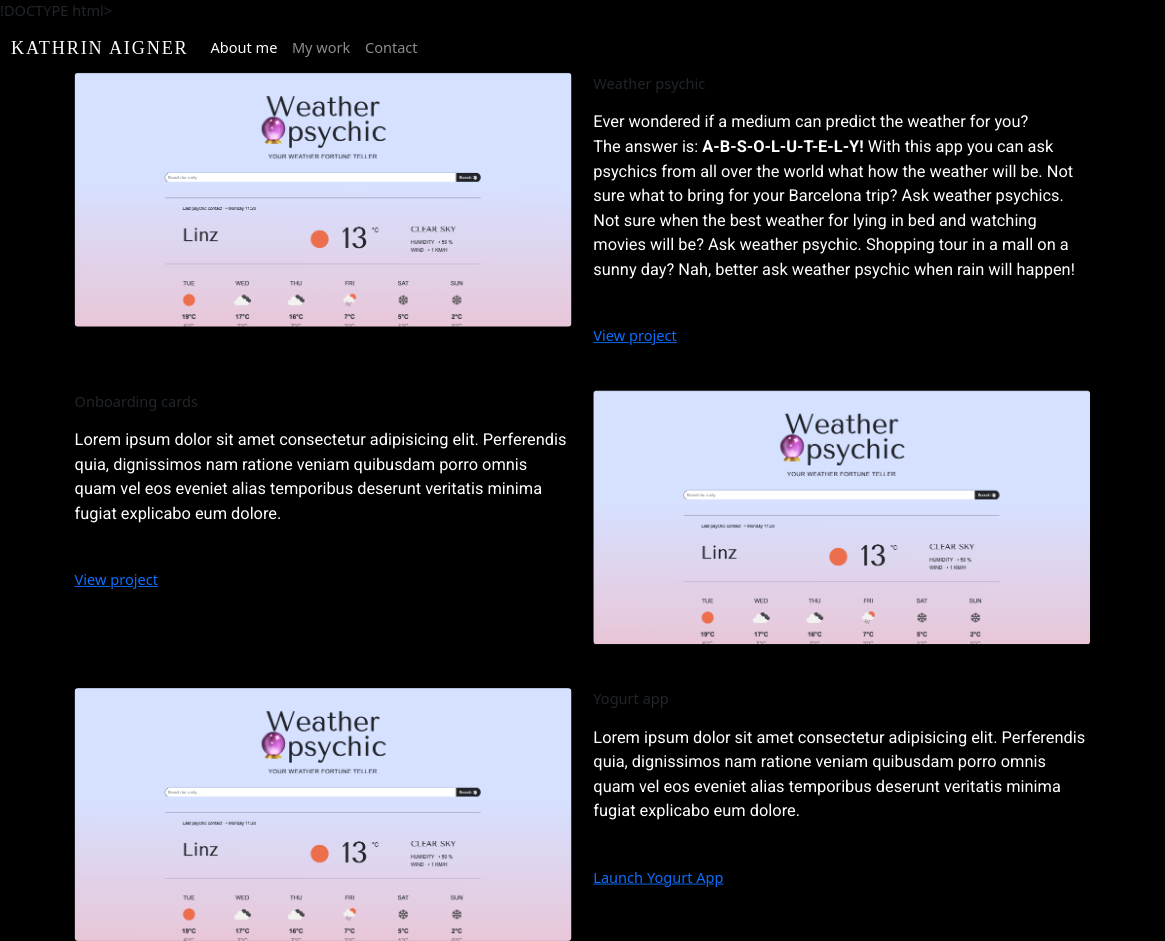
Repository: kathrin-aigner/Portfolio-2022
Page: work.html
These files come from the project's save history. The page is drawn as it stood at one moment and after the next save; the edit follows.
The browser window is 1280 px wide. The pictures show the whole page, at 91% of full size.
Some web fonts or font styles are not loaded; a fallback is used. Some web libraries are served in a nearby version.

Above is the page before, as saved 2022-03-28 12:47:56.

### work.html
!DOCTYPE html>
<html lang="en">
  <head>
    <meta charset="UTF-8" />
    <meta http-equiv="X-UA-Compatible" content="IE=edge" />
    <meta name="viewport" content="width=device-width, initial-scale=1.0" />
    <link
      href="https://cdn.jsdelivr.net/npm/bootstrap@5.1.3/dist/css/bootstrap.min.css"
      rel="stylesheet"
      integrity="sha384-1BmE4kWBq78iYhFldvKuhfTAU6auU8tT94WrHftjDbrCEXSU1oBoqyl2QvZ6jIW3"
      crossorigin="anonymous"
    />
    <script
      src="https://cdn.jsdelivr.net/npm/bootstrap@5.1.3/dist/js/bootstrap.bundle.min.js"
      integrity="sha384-ka7Sk0Gln4gmtz2MlQnikT1wXgYsOg+OMhuP+IlRH9sENBO0LRn5q+8nbTov4+1p"
      crossorigin="anonymous"
    ></script>
    <link rel="preconnect" href="https://fonts.googleapis.com" />
    <link rel="preconnect" href="https://fonts.gstatic.com" crossorigin />
    <link
      href="https://fonts.googleapis.com/css2?family=Dela+Gothic+One&family=Roboto:wght@400;500;700&display=swap"
      rel="stylesheet"
    />
    <script
      src="https://kit.fontawesome.com/9a62a34935.js"
      crossorigin="anonymous"
    ></script>

    <link rel="stylesheet" href="/css/styles.css" />
    <title>Welcome to my portfolio – Kathrin Aigner</title>
  </head>
  <body>
    <nav class="navbar navbar-expand-lg navbar-dark text-end">
      <div class="container-fluid">
        <a class="navbar-brand text-uppercase" href="#">Kathrin Aigner</a>
        <button
          class="navbar-toggler"
          type="button"
          data-bs-toggle="collapse"
          data-bs-target="#navbarSupportedContent"
          aria-controls="navbarSupportedContent"
          aria-expanded="false"
          aria-label="Toggle navigation"
        >
          <span class="navbar-toggler-icon"></span>
        </button>
        <div class="collapse navbar-collapse" id="navbarSupportedContent">
          <ul class="navbar-nav me-auto mb-2 mb-lg-0">
            <li class="nav-item">
              <a
                class="nav-link active"
                aria-current="page"
                href="/about.html"
                title="more information about me"
                >About me</a
              >
            </li>
            <li class="nav-item">
              <a class="nav-link" href="/work.html" title="View my work here"
                >My work</a
              >
            </li>
            <li class="nav-item">
              <a class="nav-link" href="/contact.html" title="how to contact me"
                >Contact</a
              >
            </li>
          </ul>
        </div>
      </div>
    </nav>
    <div class="container">
      <div class="row">
        <div class="col-md-6">
          <img
            src="/images/wheater psychic.png"
            class="img-fluid rounded"
            alt="picture showing a preview of the weather homepage"
          />
        </div>
        <div class="col-sm-6">
          <div class="project-header mb-3">Weather psychic</div>
          <p class="page-section">
            Ever wondered if a medium can predict the weather for you? </br>The
            answer is: <strong>A-B-S-O-L-U-T-E-L-Y!</strong> With this app you
            can ask psychics from all over the world what how the weather will be.
            Not sure what to bring for your Barcelona trip? Ask weather psychics.
            Not sure when the best weather for lying in bed and watching movies
            will be? Ask weather psychic. Shopping tour in a mall on a sunny
            day? Nah, better ask weather psychic when rain will happen!
          </p>
          <div class="mt-5">
            <a href="#" class="primary-link" title="click to launch weather psychic"
              >View project</a
            >
          </div>
        </div>
      </div>
      <div class="row mt-5">
        <div class="col-sm-6">
          <div class="project-header mb-3">Onboarding cards</div>
          <p class="page-section">
            Lorem ipsum dolor sit amet consectetur adipisicing elit. Perferendis
            quia, dignissimos nam ratione veniam quibusdam porro omnis quam vel
            eos eveniet alias temporibus deserunt veritatis minima fugiat
            explicabo eum dolore.
          </p>
          <div class="mb-5 mt-5">
            <a href="#" class="primary-link" title="Click to view the project"
              >View project</a
            >
          </div>
        </div>
        <div class="col-sm-6">
          <img
            src="/images/wheater psychic.png"
            class="img-fluid rounded"
            alt="picture showing card game"
          />
        </div>
      </div>
      <div class="row mt-5">
        <div class="col-sm-6">
          <img
            src="/images/wheater psychic.png"
            class="img-fluid rounded"
            alt="picture showing a preview of the website about yoghurt"
          />
        </div>
        <div class="col-sm-6">
          <div class="project-header mb-3">Yogurt app</div>
          <p class="page-section">
            Lorem ipsum dolor sit amet consectetur adipisicing elit. Perferendis
            quia, dignissimos nam ratione veniam quibusdam porro omnis quam vel
            eos eveniet alias temporibus deserunt veritatis minima fugiat
            explicabo eum dolore.
          </p>
          <div class="mt-5">
            <a href="#" class="primary-link" title="click to launch yogurt app"
              >Launch Yogurt App</a
            >
          </div>
        </div>
      </div>
    </div>
  </body>
</html>

### css/styles.css
:root {
  --primary-color: white;
  --secondary-color: black;
  --heading-font-family: "Dela Gothic One", cursive;
  --default-font-family: "Roboto", sans-serif;
}

body {
  background-color: var(--secondary-color);
}

.herosection {
  text-align: center;
  padding: 160px 0;
}
.header {
  line-height: 1em;
  font-family: var(--heading-font-family);
  font-size: 200px;
  color: var(--primary-color);
}
.subheader {
  font-size: 32px;
  color: var(--primary-color);
  font-family: var(--default-font-family);
}
.header-page {
  line-height: 1em;
  font-size: 90px;
  color: var(--primary-color);
  font-family: var(--heading-font-family);
}

.page-section {
  font-size: 18px;
  color: var(--primary-color);
  font-family: var(--default-font-family);
}

.introduction {
  font-size: 16px;
  color: var(--primary-color);
  font-family: var(--default-font-family);
}
.navbar-brand {
  font-family: var(--heading-font-family);

  letter-spacing: 0.1em;
}

.btn-primary {
  font-family: var(--default-font-family);
  border: 2px solid var(--primary-color);
  background: var(--secondary-color);
  padding: 12px 48px;
}

.project-preview {
  max-width: 500px;
}

After the next save:
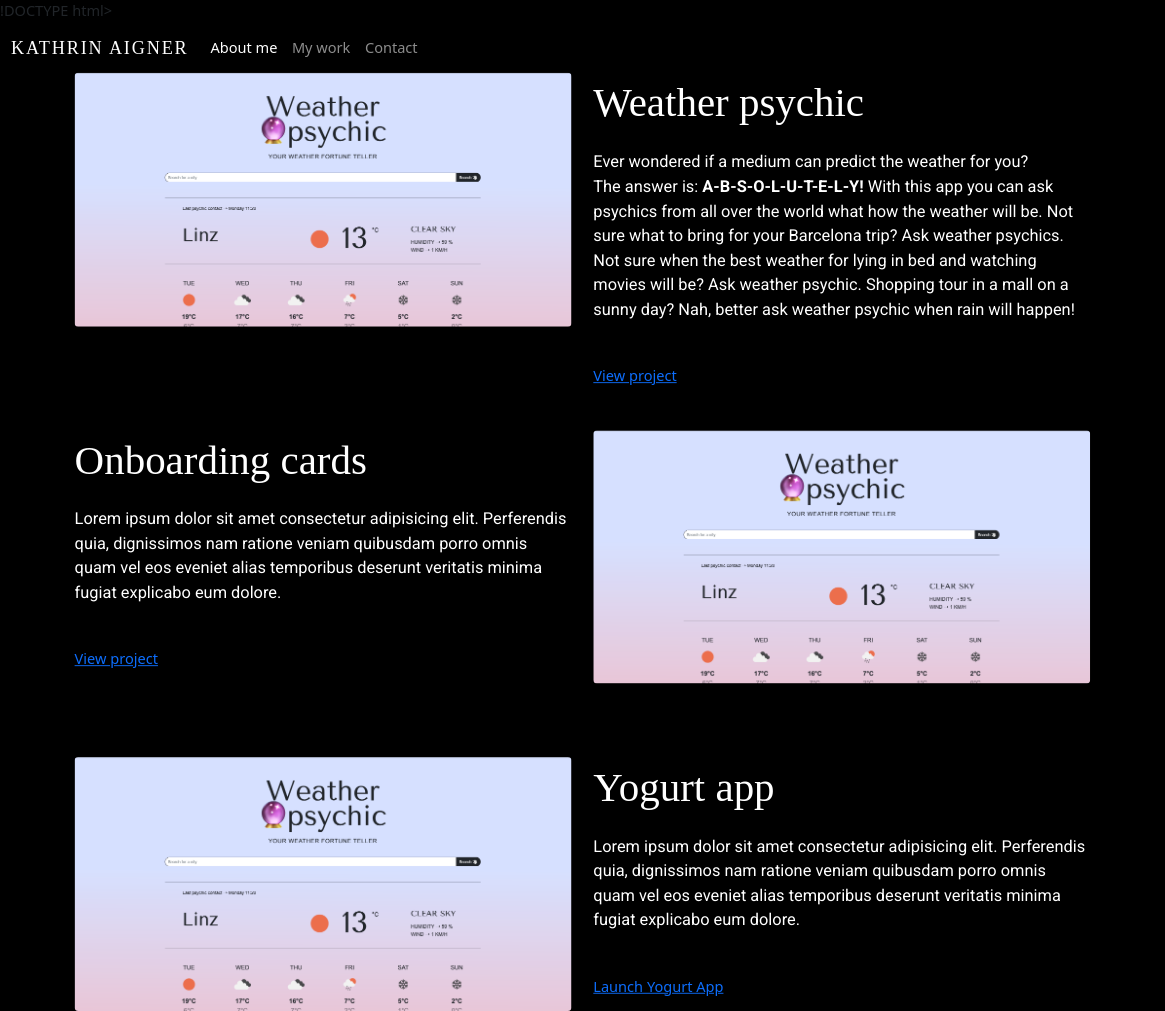
Saved 53 s later.
--- a/css/styles.css
+++ b/css/styles.css
@@ -30,7 +30,11 @@ body {
   color: var(--primary-color);
   font-family: var(--heading-font-family);
 }
-
+.project-header {
+  font-size: 45px;
+  color: var(--primary-color);
+  font-family: var(--heading-font-family);
+}
 .page-section {
   font-size: 18px;
   color: var(--primary-color);
